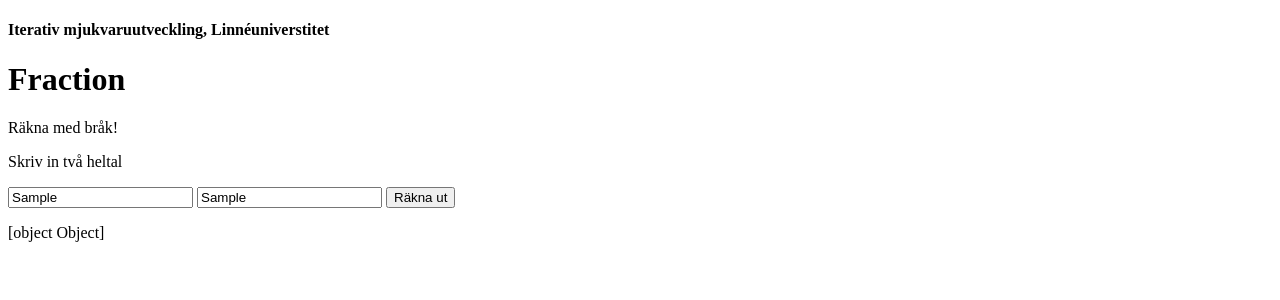
Repository: Holmewi/1dv404-jh222qr-laborationer
Page: Uppgift 3b/index.html
The author's editor kept a record of every edit. The page is drawn from the files as they stood at one moment, then again after the next edit.
The browser window is 1280 px wide. The pictures show the whole page.
Empty fields were first filled with sample values (such as "Sample", 5 or name@example.com).
After loading, the first visible `#submit` was clicked once.

Above is the page before.

### Uppgift 3b/index.html
<!DOCTYPE HTML>
<html lang="sv">

<head>
    <meta charset="utf-8" />
    <title>1DV404 - Laboration 1, uppgift 3b</title>
</head>

<body>
    <h4>Iterativ mjukvaruutveckling, Linnéuniverstitet</h4>
    <h1>Fraction</h1>
    <p>Räkna med bråk!</p>
    <p>Skriv in två heltal</p>
    <form>
        <input type="text" id="input-numerator">
        <input type="text" id="input-denominator">
        <input type="submit" id="submit" value="Räkna ut">
    </form>
    <p id="value"></p>
    <script src="fraction.js"></script>
</body>
</html>

### Uppgift 3b/fraction.js
"use strict"

window.onload = function(){
    var getNumerator = document.querySelector("#input-numerator");
    var getDominator = document.querySelector("#input-denominator");

    var p = document.querySelector("#value");

    var submit = document.querySelector("#submit");

    submit.addEventListener("click", function(evt){
        evt.preventDefault();
        var numerator = parseInt(getNumerator.value);
        var dominator = parseInt(getDominator.value);
        var myFraction = new Fraction(numerator, dominator);
        p.innerHTML = myFraction;

    });



};

function Fraction(T, N) {
    console.log(T);
    console.log(N);

};

After the next edit:
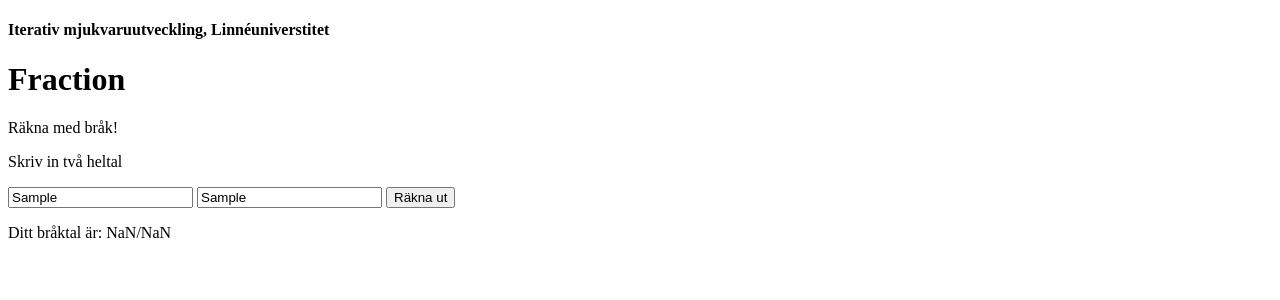
The edit:
--- a/Uppgift 3b/fraction.js
+++ b/Uppgift 3b/fraction.js
@@ -13,7 +13,7 @@
         var numerator = parseInt(getNumerator.value);
         var dominator = parseInt(getDominator.value);
         var myFraction = new Fraction(numerator, dominator);
-        p.innerHTML = myFraction;
+        p.innerHTML = "Ditt bråktal är: " + numerator + "/" + dominator;
 
     });
 
